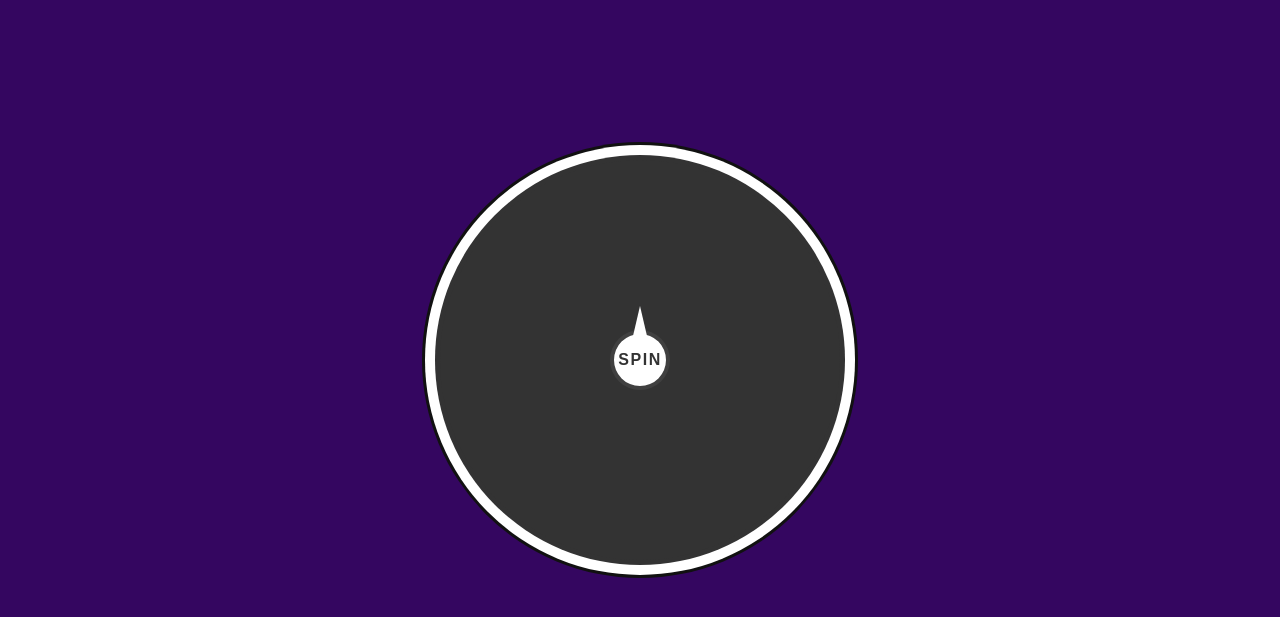
Repository: Jacques-Jaki-Morkel/FundedMarketplace_WheelofFortune
Page: index.html
These files come from the project's save history. The page is drawn as it stood at one moment and after the next save; the edit follows.
The browser window is 1280 px wide. The pictures show the whole page.

Above is the page before, as saved 2025-08-12 13:04:46.

After the next save:
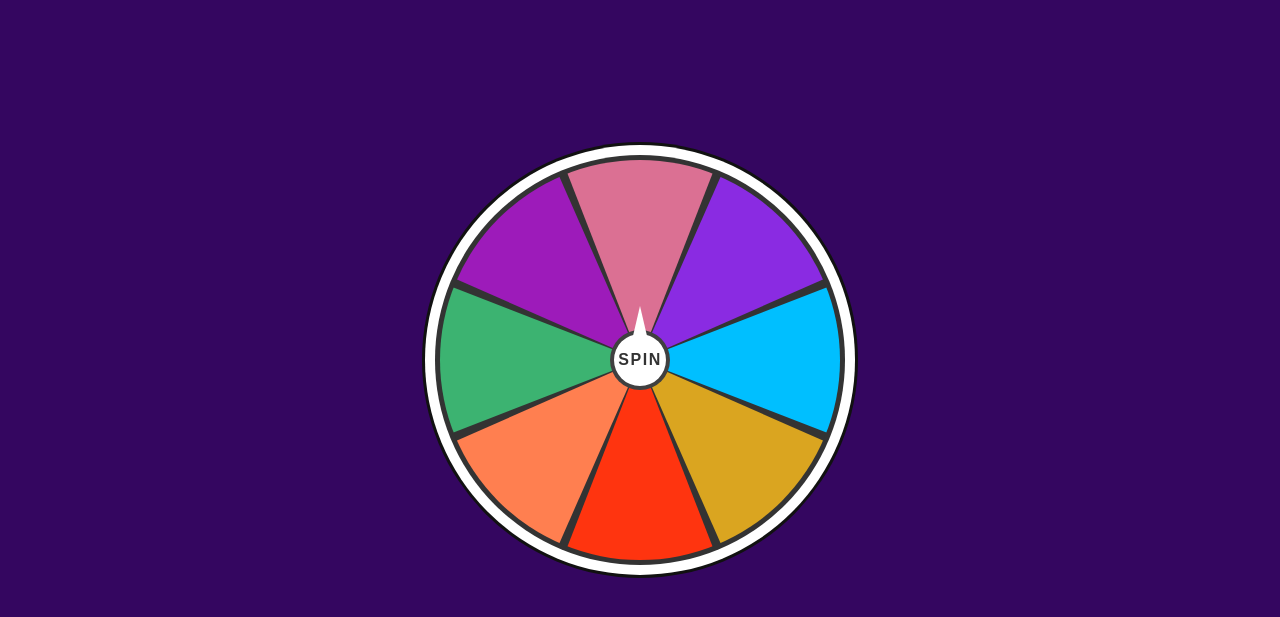
Saved 15 s later.
--- a/styles.css
+++ b/styles.css
@@ -61,16 +61,16 @@ body {
     border-radius: 50%;
     overflow: hidden;
     box-shadow: 0 0 0 5px #333,
-    0 0 0 15px #fff,
-    0 0 0 18px #111;
+        0 0 0 15px #fff,
+        0 0 0 18px #111;
 }
 
 .container .wheel .number {
-   position: absolute;
-width: 50%;
-height: 50%;
-background: var( -- clr);
-transform-origin: bottom right;
-transform: rotate(calc(45deg * var( -- i)));
-clip-path: polygon(0 0, 56% 0, 100% 100%, 0 56%);
+    position: absolute;
+    width: 50%;
+    height: 50%;
+    background: var(--clr);
+    transform-origin: bottom right;
+    transform: rotate(calc(45deg * var(--i)));
+    clip-path: polygon(0 0, 56% 0, 100% 100%, 0 56%);
 }
